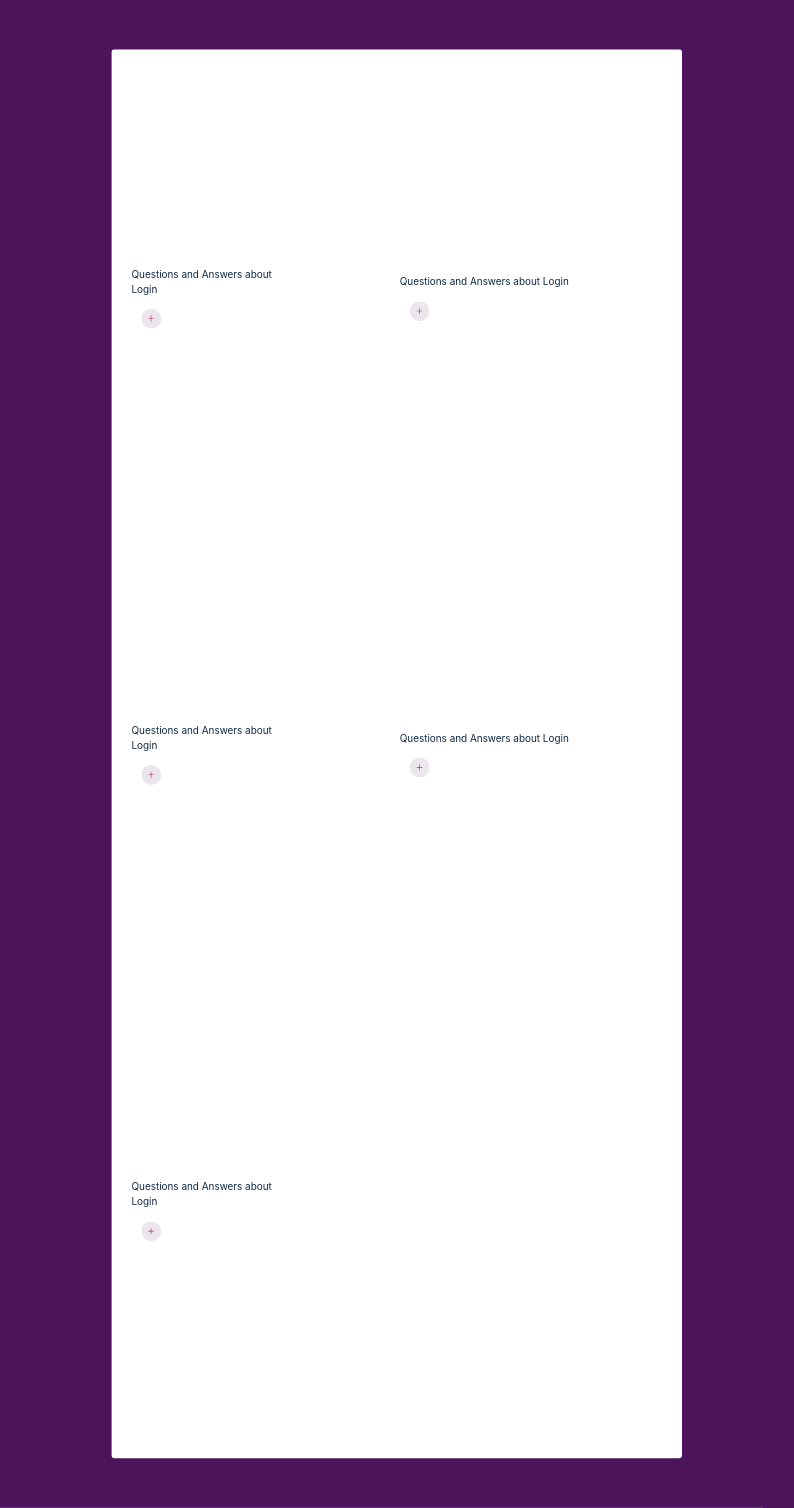
Repository: Reghanoid/Accordion
Page: /
An editor plug-in stored every save of this project. The page is shown before and after the next save, followed by the edit.
The browser window is 1280 px wide. The pictures show the whole page, at 62% of full size.
The project was rebuilt for these pictures with package versions that can differ from the ones it lists, and the page was loaded fresh each time.

Above is the page before, as saved 2022-06-06 15:19:46.

### src/App.js
import React, { useState } from 'react'
import data from './data'
import SingleQuestion from './Question'
function App() {
  return (
    <main className='container'>
      {data.map((datum) => (
        <SingleQuestion question={datum} />
      ))}
    </main>
  )
}

export default App

### src/data.js
const questions = [
  {
    id: 1,
    title: 'Do I have to allow the use of cookies?',
    info:
      'Unicorn vinyl poutine brooklyn, next level direct trade iceland. Shaman copper mug church-key coloring book, whatever poutine normcore fixie cred kickstarter post-ironic street art.',
  },
  {
    id: 2,
    title: 'How do I change my My Page password?',
    info:
      'Coloring book forage photo booth gentrify lumbersexual. Migas chillwave poutine synth shoreditch, enamel pin thundercats fashion axe roof party polaroid chartreuse.',
  },
  {
    id: 3,
    title: 'What is BankID?',
    info:
      'Enamel pin fam sustainable woke whatever venmo. Authentic asymmetrical put a bird on it, lumbersexual activated charcoal kinfolk banjo cred pickled sartorial.',
  },
  {
    id: 4,
    title: 'Whose birth number can I use?',
    info:
      'Edison bulb direct trade gentrify beard lo-fi seitan sustainable roof party franzen occupy squid. Knausgaard cronut succulents, scenester readymade shabby chic lyft. Copper mug meh vegan gentrify.',
  },
  {
    id: 5,
    title: 'When do I recieve a password ordered by letter?',
    info:
      'Locavore franzen fashion axe live-edge neutra irony synth af tilde shabby chic man braid chillwave waistcoat copper mug messenger bag. Banjo snackwave blog, microdosing thundercats migas vaporware viral lo-fi seitan ',
  },
]
export default questions

### src/Question.js
import React, { useState } from 'react'
import { AiOutlineMinus, AiOutlinePlus } from 'react-icons/ai'
const Question = (props) => {
  const [expand, setExpand] = useState(false)

  return (
    <main>
      <div>
        <header>Questions and Answers about Login</header>
        <div>
          <h4> {props.title} </h4>
          <p> {props.info} </p>

          <button className='btn'>
            {' '}
            <AiOutlinePlus />
          </button>
        </div>
      </div>
    </main>
  )
}

export default Question

Loaded but not shown: public/index.html (common file); src/index.js (common file); src/index.css (common file)

After the next save:
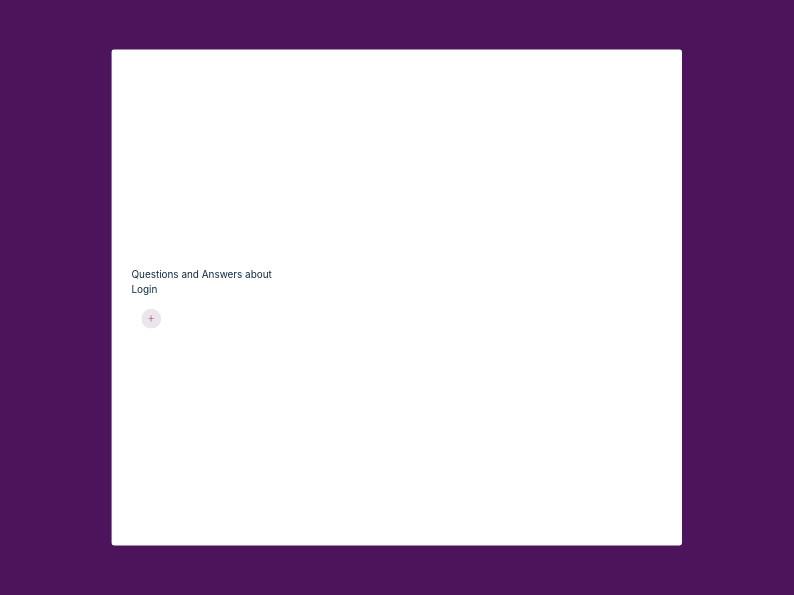
Saved 67 s later.
--- a/src/App.js
+++ b/src/App.js
@@ -4,9 +4,7 @@ import SingleQuestion from './Question'
 function App() {
   return (
     <main className='container'>
-      {data.map((datum) => (
-        <SingleQuestion question={datum} />
-      ))}
+      <SingleQuestion />
     </main>
   )
 }
